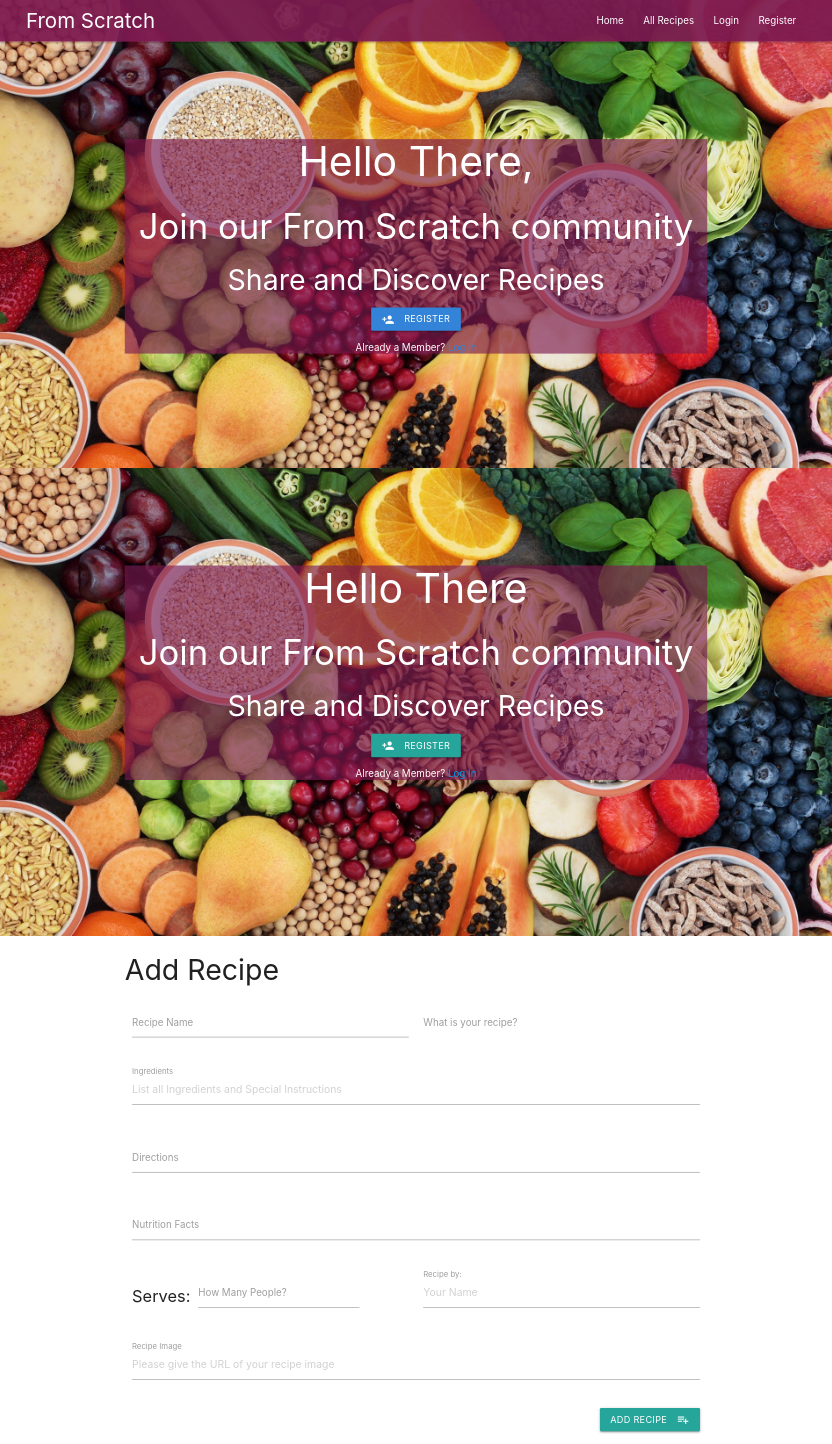
Repository: callendera/MilestoneProject3
Page: http://localhost/
The author's editor kept a record of every edit. The page is drawn from the files as they stood at one moment, then again after the next edit.
The browser window is 1280 px wide. The pictures show the whole page, at 65% of full size.
Backgrounds fixed to the window are drawn as part of the page. The page is served by the project's application, run on Flask 3 (recipe.py). Queries for data that is not in the repository find no rows.

Above is the page before.
Console error: SyntaxError: Unexpected token ')'

### templates/recipe-home.html
{% extends 'base.html' %} {% block content %}

<div class="callout background-callout">
    <div class="container callout-text-background-color">

        <h1>Hello There</h1>
        <h2>Join our From Scratch community</h2>
        <h3>Share and Discover Recipes</h3>
        <a class="waves-effect waves-light btn"><i class="material-icons left">person_add</i>Register</a>
        <p>Already a Member? <a href=#>Log In</a></p>

    </div>
</div>
<div class="container flow-text" id="all-recipes">

    <div class="row recipe-row-margin">
        {% for recipes in from_scratch %}
        <div class="col s6">
          <img class="materialboxed recipe-image" data-caption="{{recipes.recipe_name}}" src="{{recipes.recipe_image}}" alt="No Image Available">
          <p class="recipe-name-margin"><strong>{{recipes.recipe_name}}</strong></p>
        </div>
        {% endfor %}
    </div>


    <h3>Add Recipe</h3>
    <div class="row">
        <form class="col s12" action="{{ url_for('insert_recipe') }}" method='POST'>
            <div class="row">
                <div class="input-field col s6">
                    <input id="recipe_name" name="recipe_name" type="text" class="validate" required="" aria-required="true">
                    <label for="recipe_name">Recipe Name</label>
                </div>

                <div class="input-field col s6">
                    <select id="recipe_type" name="recipe_type" required="" aria-required="true">
                  <option value="" disabled selected>Choose your option</option>
                  <option value="1">Vegetarian</option>
                  <option value="2">Chicken</option>
                  <option value="3">Beef</option>
                  <option value="3">Vegan</option>
                  <option value="3">Fish</option>
                  <option value="3">Pork</option>
                </select>
                    <label>What is your recipe?</label>
                </div>
            </div>
            <div class="row">
                <div class="input-field col s12">
                    <input placeholder="List all Ingredients and Special Instructions" name="ingredients0" id="ingredients0" type="text" class="validate" required="" aria-required="true">
                    <label for="ingredients0">Ingredients</label>
                </div>
            </div>
            <div class="row">
                <div class="input-field col s12">
                    <input id="directions0" name="directions0" type="text" class="validate" required="" aria-required="true">
                    <label for="directions0">Directions</label>
                </div>
            </div>
            <div class="row">
                <div class="input-field col s12">
                    <input id="nutrition0" name="nutrition0" type="text" class="validate" required="" aria-required="true">
                    <label for="nutrition0">Nutrition Facts</label>
                </div>
            </div>
            <div class="row">
                <div class="col s6">
                    Serves:
                    <div class="input-field inline">
                        <input id="serves" name="serves" type="number" class="validate" required="" aria-required="true">
                        <label for="serves">How Many People? </label>

                    </div>
                </div>
                <div class="input-field col s6">
                    <input placeholder="Your Name" id="recipe_name" name="recipe_name" type="text" class="validate" required="" aria-required="true">
                    <label for="recipe_name">Recipe by:</label>
                </div>
            </div>
            <div class="row">
                <div class="input-field col s12">
                    <input placeholder="Please give the URL of your recipe image" id="recipe_image" name="recipe_image" type="text" class="validate">
                    <label for="recipe_image">Recipe Image</label>
                </div>
            </div>
            <button class="btn waves-effect waves-light right" type="submit" name="action">Add Recipe
            <i class="material-icons right">playlist_add</i>
         </button>
        </form>
        {% endblock %}
    </div>
</div>

### templates/base.html
<!DOCTYPE html>
<html>

<head>
    <link href="https://fonts.googleapis.com/icon?family=Material+Icons" rel="stylesheet">
    <!--link for Icons in Materialize-->

    <!--JQuery needs to be active before Materialize can render its' data-->

    <link rel="stylesheet" href="https://cdnjs.cloudflare.com/ajax/libs/materialize/1.0.0/css/materialize.min.css">
    <link rel="stylesheet" href="{{url_for('static',filename='css/style.css')}}" type="text/css" />
</head>

<body>
    <div class="callout background-callout">
    <div class="navbar-fixed ">
        <nav class="transparent">
            <div class="nav-wrapper my-navbar-margin">
                <a href="index.html" class="brand-logo">From Scratch</a>
                <a href="#" data-target="mobile-nav" class="sidenav-trigger"><i class="material-icons">menu</i></a>
                <ul class="right hide-on-med-and-down">
                    <li><a href="#top">Home</a></li>
                    <li><a href="#all-recipes">All Recipes</a></li>
                    <li><a href="collapsible.html">Login</a></li>
                    <li><a href="mobile.html">Register</a></li>
                </ul>
            </div>
        </nav>
    </div>

    <div class="container callout-text-background-color">

        <h1>Hello There,</h1>
        <h2>Join our From Scratch community</h2>
        <h3>Share and Discover Recipes</h3>
        <a class="waves-effect waves-light btn my-btn-color"><i class="material-icons left">person_add</i>Register</a>
        <p>Already a Member? <a href="#" class="my-link-color">Log In</a></p>

    </div>
</div>
    <ul class="sidenav" id="mobile-nav">
        <li><a href="#top">Home</a></li>
        <li><a href="#all-recipes">All Recipes</a></li>
        <li><a href="collapsible.html">Login</a></li>
        <li><a href="mobile.html">Register</a></li>
    </ul>



    {% block content %}
    <!--contains any content needed for each page, this give a template for such-->
    {% endblock %}



    <script src="https://cdnjs.cloudflare.com/ajax/libs/jquery/3.4.1/jquery.min.js" integrity="sha256-CSXorXvZcTkaix6Yvo6HppcZGetbYMGWSFlBw8HfCJo=" crossorigin="anonymous"></script>
    <script src="https://cdnjs.cloudflare.com/ajax/libs/materialize/1.0.0/js/materialize.min.js"></script>

    <script src='http://code.jquery.com/jquery-3.3.1.min.js'></script>
    <script src='/javascripts/register.js'></script>
    <!-- Script to use Materialize functionality-->
    <script type="text/javascript">
        $(document).ready(function() {
            $('select').formSelect();
        });
    </script>
    <script type="text/javascript">
        $(document).ready(function() {
            $('.collapsible').collapsible();
        });
    </script>
    <script type="text/javascript">
        $(document).ready(function() {
            $('.sidenav').sidenav();
        });
    </script>

    <!-- script for the collapsibles-->
</body>

</html>

### recipe.py
import os
from flask import Flask, render_template, redirect, request, url_for
from flask_pymongo import PyMongo
from bson.objectid import ObjectId
#sets up application for use with PyMongo, Flask

app = Flask(__name__)
app.config["MONGO_DBNAME"] = 'from_scratch'
#creates link between Database and application
app.config["MONGO_URI"] = os.getenv("MONGO_URI")

#creates application to be tested

mongo = PyMongo(app)

@app.route('/')

@app.route('/get_recipes')
#Display text as proof of concept
def get_recipes():
    from_scratch = mongo.db.recipes.find()
    return render_template( "recipe-home.html", from_scratch=from_scratch)

@app.route('/add_recipes')
def add_recipes():
    from_scratch = mongo.db.recipes.find()
    return render_template( "recipe-home.html")

@app.route('/insert_recipe', methods=['POST'])
def insert_recipe():
    from_scratch = mongo.db.recipes
    from_scratch.insert_one(request.form.to_dict())
    return redirect(url_for('get_recipes'))

# @app.route('/view_recipe/<recipe_id>')
# def view_recipe(recipe_id):
#     recipe = mongo.db.recipes
#     recipe.find_one_and_update(s
#         {'_id': ObjectId(recipe_id)},
#     )
#     recipe_db = mongo.db.recipes.find_one({'_id': ObjectId(recipe_id)})
#     return render_template("recipe-details.html", recipe=recipe_db)


if __name__ == '__main__':
    app.run(host=os.environ.get('IP'),
            port=int(os.environ.get('PORT')),
            debug=True)
#So they know how and where to run application

### static/css/style.css
.recipe-image {
    height: 300px;
    width: 400px;
    padding: 20px;
    padding-bottom: 0px;
    margin-top: 20px;
}
.recipe-name-margin {
    margin-top: 0px;
}
.background-callout {
     /*--- FOR ALL BACKGROUND CONTAINERS sets background image for callout container.
    it is set to not repeat, so the image doesnt stretch, and the image will be centered horizontally and
    pushed to the top of the container. the background will also not scroll, but remained positioned so things will scroll past it---*/
    background: url("../images/foods.jpg")no-repeat center center fixed;
    /*--- adjusts background for different browsers ---*/
    -webkit-background-size: cover;
    -moz-background-size: cover;
    -o-background-size: cover;
    background-size: cover;

    /*--- makes the background fit to the container ---*/
    overflow: hidden;

    /*--- aligns and justifies text in container ---*/
    align-items: center;
    justify-content: center;
    /*--- the height that container will take up in the viewport ---*/
    height: 100vh;
}

.callout-text-background-color {
    text-align: center;
    background-color: #7c1a50a3;
    color: white;
    height: 330px;
    margin-top: 150px;

}

.view-recipe-image {
    height: 500px;
    width: 800px;
}

.recipe-row-margin {
    margin-left: 80px;
}

.my-navbar-margin {
    padding-left: 40px;
    padding-right: 40px;
    background-color: #7c1a50ed;
}

.my-btn-color {
    background-color: #3384d8;
}

.my-link-color {
    color: #3384d8;
}

.my-search-bar-margin {
    margin-top: 20px;
    width: 910px;
}

.search-title

### register.js
$(function(){
    $("#register").on('click', function(event){
        event.preventDefault();
        var username   = $("#username").val();
        var password   = $("#password").val();

        if(!username || !password ||){
            $("#msgDiv").show().html("All fields are required.");
        }
        else{
            $.ajax({
                url: "/register",
                method: "POST",
                data: { user_name: username, password: password }
            }).done(function( data ) {
                if ( data ) {
                    if(data.status == 'error'){
                        var errors = '<ul>';
                        $.each( data.message, function( key, value ) {
                            errors = errors +'<li>'+value.msg+'</li>';
                        });
                        errors = errors+ '</ul>';
                        $("#msgDiv").html(errors).show();
                    }else{
                        $("#msgDiv").removeClass('invalid').addClass('valid').html(data.message).show();
                    }
                }
            });
        }
    });
});

After the next edit:
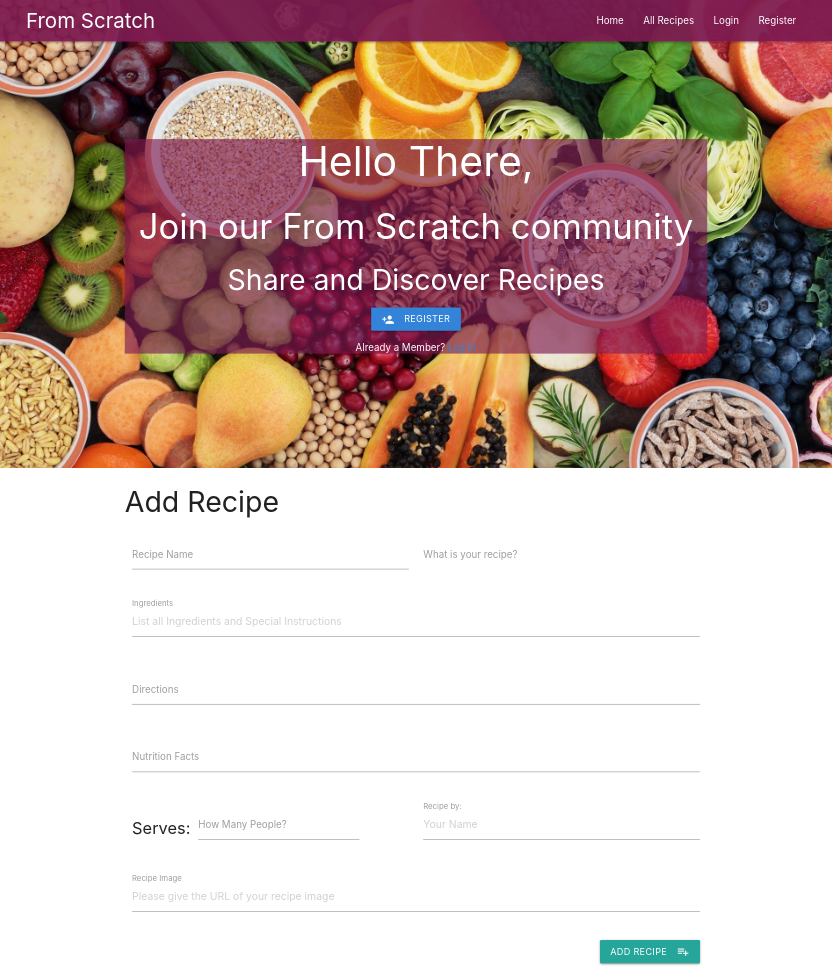
The edit:
--- a/templates/recipe-home.html
+++ b/templates/recipe-home.html
@@ -1,16 +1,6 @@
 {% extends 'base.html' %} {% block content %}
 
-<div class="callout background-callout">
-    <div class="container callout-text-background-color">
 
-        <h1>Hello There</h1>
-        <h2>Join our From Scratch community</h2>
-        <h3>Share and Discover Recipes</h3>
-        <a class="waves-effect waves-light btn"><i class="material-icons left">person_add</i>Register</a>
-        <p>Already a Member? <a href=#>Log In</a></p>
-
-    </div>
-</div>
 <div class="container flow-text" id="all-recipes">
 
     <div class="row recipe-row-margin">
